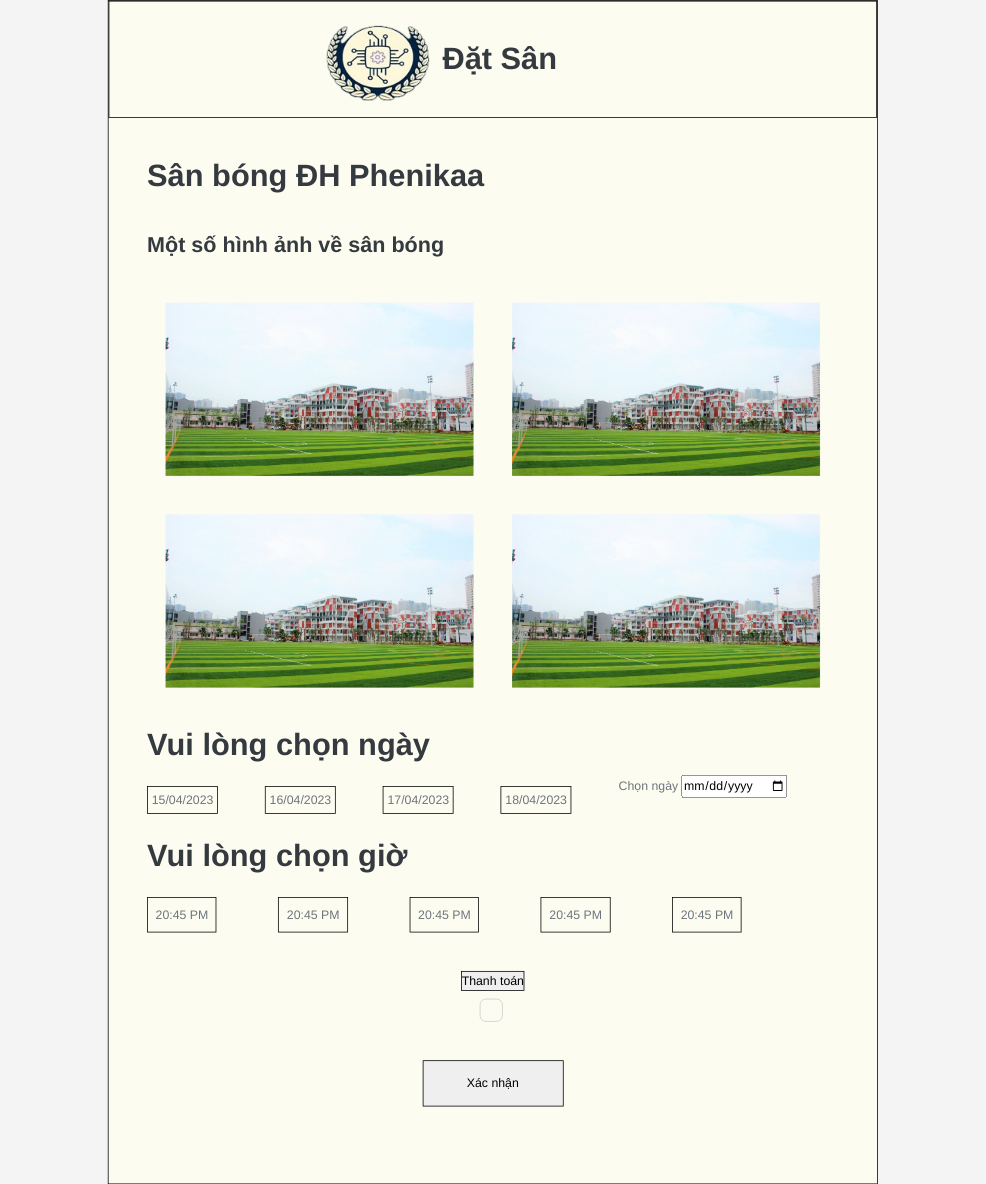
Repository: tus3300/BTL
Page: code/tacket.html
An editor plug-in stored every save of this project. The page is shown before and after the next save, followed by the edit.
The browser window is 1280 px wide. The pictures show the whole page, at 77% of full size.

Above is the page before, as saved 2023-05-20 23:50:13.

### code/tacket.html
<div class="tacket">
    <link href="css/style.css" rel="stylesheet">
    <link href="https://cdnjs.cloudflare.com/ajax/libs/font-awesome/5.15.0/css/all.min.css" rel="stylesheet">
    <link href="lib/owlcarousel/assets/owl.carousel.min.css" rel="stylesheet">
    <link rel="stylesheet" href="test.css">
    <link rel="preconnect" href="https://fonts.gstatic.com">
    <link href="https://fonts.googleapis.com/css2?family=Roboto:wght@300;400;500;700;900&display=swap" rel="stylesheet">
    <div class="head-tacket">
        <img src="./img/logo.png" alt="" class="">
        <h1 class="">Đặt Sân</h1>
    </div>
    <div id="toast"></div>
    <div class="main-tacket">
        <div class="head-main-tacket">
            <h1 class="">Sân bóng ĐH Phenikaa</h1>
            <h3 class="">Một số hình ảnh về sân bóng</h3>
            <div class="main-tacket-img">
                <img src="./img/news-500x280-4.jpg" alt="" class="">
                <img src="./img/news-500x280-4.jpg" alt="" class="">
                <img src="./img/news-500x280-4.jpg" alt="" class="">
                <img src="./img/news-500x280-4.jpg" alt="" class="">
            </div>
        </div>
        <div class="main-main-tacket">
            <div class="day-main-ticket">
                <h1 class="h1-main-tacket">Vui lòng chọn ngày</h1>
                <div class="round-ul">
                    <ul class="ul-day-tacket">
                        <li class="li-tacket">
                            <div class="item-tacket">
                                15/04/2023
                            </div>
                        </li>
                        <li class="li-tacket">
                            <div class="item-tacket">
                                16/04/2023
                            </div>
                        </li>
                        <li class="li-tacket">
                            <div class="item-tacket">
                                17/04/2023
                            </div>
                        </li>
                        <li class="li-tacket">
                            <div class="item-tacket">
                                18/04/2023
                            </div>
                        </li>

                        <div class="datepicker">
                            <label for="dateofbirth">Chọn ngày</label>
                            <input type="date" name="dateofbirth" id="dateofbirth">
                        </div>
                    </ul>
                </div>
            </div>

            <div class="hour-main-ticket">
                <h1 class="h1-main-tacket">Vui lòng chọn giờ</h1>
                <ul class="ul-hour-ticket">
                    <li class="li-hour-ticket">
                        <div class="hour-ticket">20:45 PM</div>
                    </li>
                    <li class="li-hour-ticket">
                        <div class="hour-ticket">20:45 PM</div>
                    </li>
                    <li class="li-hour-ticket">
                        <div class="hour-ticket">20:45 PM</div>
                    </li>
                    <li class="li-hour-ticket">
                        <div class="hour-ticket">20:45 PM</div>
                    </li>
                    <li class="li-hour-ticket">
                        <div class="hour-ticket">20:45 PM</div>
                    </li>
                </ul>
            </div>
        </div>
    </div>

    <div class="foot-ticket">
        <div class="bill-ticket">
            <button>Thanh toán</button>
        </div>
        <div class="check-bill">
            <style>
              .checkbox-style {
                display: inline-flex;
                align-items: center;
                gap: 10px;
                cursor: pointer;
                display: flex;
                justify-content: center;
                align-items: center;
                margin-top: 10px;
                margin-left: 5px;
              }
              .checkbox-label {
                cursor: pointer;
              }
              .checkbox-style input {
                display: none;
              }
              .checkbox-box {
                width: 30px;
                height: 30px;
                border: 1px solid #ccc;
                border-radius: 8px;
                padding: 5px;
                color: transparent;
                transition: all 0.2s linear;
              }
              .checkbox-input:checked + .checkbox-box {
                background-color: #6a5af9;
                border-color: #6a5af9;
                color: white;
              }
            </style>
            <label for="checkbox" class="checkbox-style">
              <input
                type="checkbox"
                name="evondev"
                id="checkbox"
                class="checkbox-input"
              />
              <div class="checkbox-box">
                <svg
                  xmlns="http://www.w3.org/2000/svg"
                  class="h-5 w-5"
                  viewBox="0 0 20 20"
                  fill="currentColor"
                >
                  <path
                    fill-rule="evenodd"
                    d="M16.707 5.293a1 1 0 010 1.414l-8 8a1 1 0 01-1.414 0l-4-4a1 1 0 011.414-1.414L8 12.586l7.293-7.293a1 1 0 011.414 0z"
                    clip-rule="evenodd"
                  />
                </svg>
              </div>
              <label for="checkbox" class="checkbox-label"></label>
            </label>
        </div>
        <div class="check-ticket">
          <div class=""><a href="" class=""><button>Xác nhận</button></a></div>
        </div>
    </div>
</div>
<script src="js/date.js"></script>
<script src="js/test.js"></script>

### code/css/test.css
* {
  padding: 0;
  margin: 0;
  box-sizing: border-box;
}

body {
  height: 100vh;
  display: flex;
  flex-direction: column;
  font-family: "Helvetica Neue";
  background-color: #f4f4f5;
}

body > div {
  margin: auto;
}

/* ======= Buttons ======== */

/* Block */
.btn {
  display: inline-block;
  text-decoration: none;
  background-color: transparent;
  border: none;
  outline: none;
  color: #fff;
  padding: 12px 48px;
  border-radius: 50px;
  cursor: pointer;
  min-width: 120px;
  transition: opacity 0.2s ease;
}

/* Modifier */
.btn--size-l {
  padding: 16px 56px;
}

.btn--size-s {
  padding: 8px 32px;
}

.btn:hover {
  opacity: 0.8;
}

.btn + .btn {
  margin-left: 16px;
}

.btn--success {
  background-color: #71be34;
}

.btn--warn {
  background-color: #ffb702;
}

.btn--danger {
  background-color: #ff623d;
}

.btn--disabled {
  opacity: 0.5 !important;
  cursor: default;
}

/* ======= Toast message ======== */

#toast {
  position: fixed;
  top: 32px;
  right: 32px;
  z-index: 999999;
}

.toast {
  display: flex;
  align-items: center;
  background-color: #fff;
  border-radius: 2px;
  padding: 20px 0;
  min-width: 400px;
  max-width: 450px;
  border-left: 4px solid;
  box-shadow: 0 5px 8px rgba(0, 0, 0, 0.08);
  transition: all linear 0.3s;
}

@keyframes slideInLeft {
  from {
    opacity: 0;
    transform: translateX(calc(100% + 32px));
  }
  to {
    opacity: 1;
    transform: translateX(0);
  }
}

@keyframes fadeOut {
  to {
    opacity: 0;
  }
}

.toast--success {
  border-color: #47d864;
}

.toast--success .toast__icon {
  color: #47d864;
}

.toast--info {
  border-color: #2f86eb;
}

.toast--info .toast__icon {
  color: #2f86eb;
}

.toast--warning {
  border-color: #ffc021;
}

.toast--warning .toast__icon {
  color: #ffc021;
}

.toast--error {
  border-color: #ff623d;
}

.toast--error .toast__icon {
  color: #ff623d;
}

.toast + .toast {
  margin-top: 24px;
}

.toast__icon {
  font-size: 24px;
}

.toast__icon,
.toast__close {
  padding: 0 16px;
}

.toast__body {
  flex-grow: 1;
}

.toast__title {
  font-size: 16px;
  font-weight: 600;
  color: #333;
}

.toast__msg {
  font-size: 14px;
  color: #888;
  margin-top: 6px;
  line-height: 1.5;
}

.toast__close {
  font-size: 20px;
  color: rgba(0, 0, 0, 0.3);
  cursor: pointer;
}

### code/js/date.js
const itemTacket = document.querySelectorAll('.item-tacket');

itemTacket.forEach((item) => {
    item.addEventListener("click" ,function(event){
        itemTacket.forEach((el) => el.classList.remove('active'));
        event.target.classList.add('active')
    })
})


const hourticket = document.querySelectorAll('.hour-ticket');

hourticket.forEach((item) => {
    item.addEventListener("click" ,function(event){
        hourticket.forEach((el) => el.classList.remove('active'));
        event.target.classList.add('active')
    })
})

### code/js/test.js

  // Toast function
function toast({ title = "", message = "", type = "info", duration = 3000 }) {
  const main = document.getElementById("toast");
  if (main) {
    const toast = document.createElement("div");

    // Auto remove toast
    const autoRemoveId = setTimeout(function () {
      main.removeChild(toast);
    }, duration + 1000);

    // Remove toast when clicked
    toast.onclick = function (e) {
      if (e.target.closest(".toast__close")) {
        main.removeChild(toast);
        clearTimeout(autoRemoveId);
      }
    };

    const icons = {
      success: "fas fa-check-circle",
      info: "fas fa-info-circle",
      warning: "fas fa-exclamation-circle",
      error: "fas fa-exclamation-circle"
    };
    const icon = icons[type];
    const delay = (duration / 1000).toFixed(2);

    toast.classList.add("toast", `toast--${type}`);
    toast.style.animation = `slideInLeft ease .3s, fadeOut linear 1s ${delay}s forwards`;

    toast.innerHTML = `
                    <div class="toast__icon">
                        <i class="${icon}"></i>
                    </div>
                    <div class="toast__body">
                        <h3 class="toast__title">${title}</h3>
                        <p class="toast__msg">${message}</p>
                    </div>
                    <div class="toast__close">
                        <i class="fas fa-times"></i>
                    </div>
                `;
    main.appendChild(toast);
  }
}
function showSuccessToast() {
  toast({
    title: "Thành công!",
    message: "Bạn đã đăng ký thành công tài khoản tại F8.",
    type: "success",
    duration: 5000
  });
}

function showErrorToast() {
  toast({
    title: "Thất bại!",
    message: "Có lỗi xảy ra, vui lòng liên hệ quản trị viên.",
    type: "error",
    duration: 5000
  });
}

Loaded but not shown: code/css/style.css (library); code/lib/owlcarousel/assets/owl.carousel.min.css (common file)

After the next save:
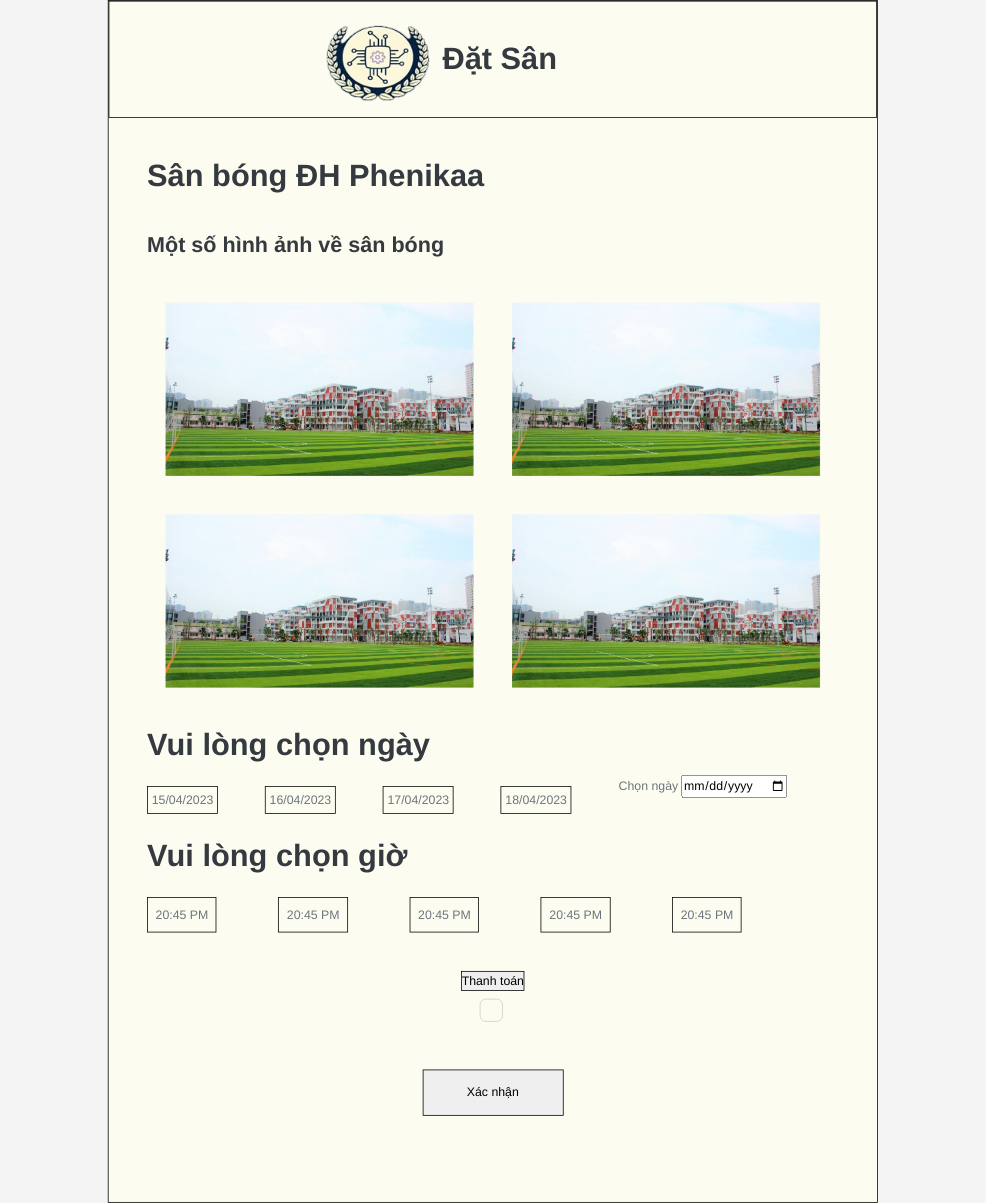
Saved 5 s later.
--- a/code/tacket.html
+++ b/code/tacket.html
@@ -141,7 +141,7 @@
             </label>
         </div>
         <div class="check-ticket">
-          <div class=""><a href="" class=""><button>Xác nhận</button></a></div>
+          <div class="btn"><a href="" class=""><button>Xác nhận</button></a></div>
         </div>
     </div>
 </div>
